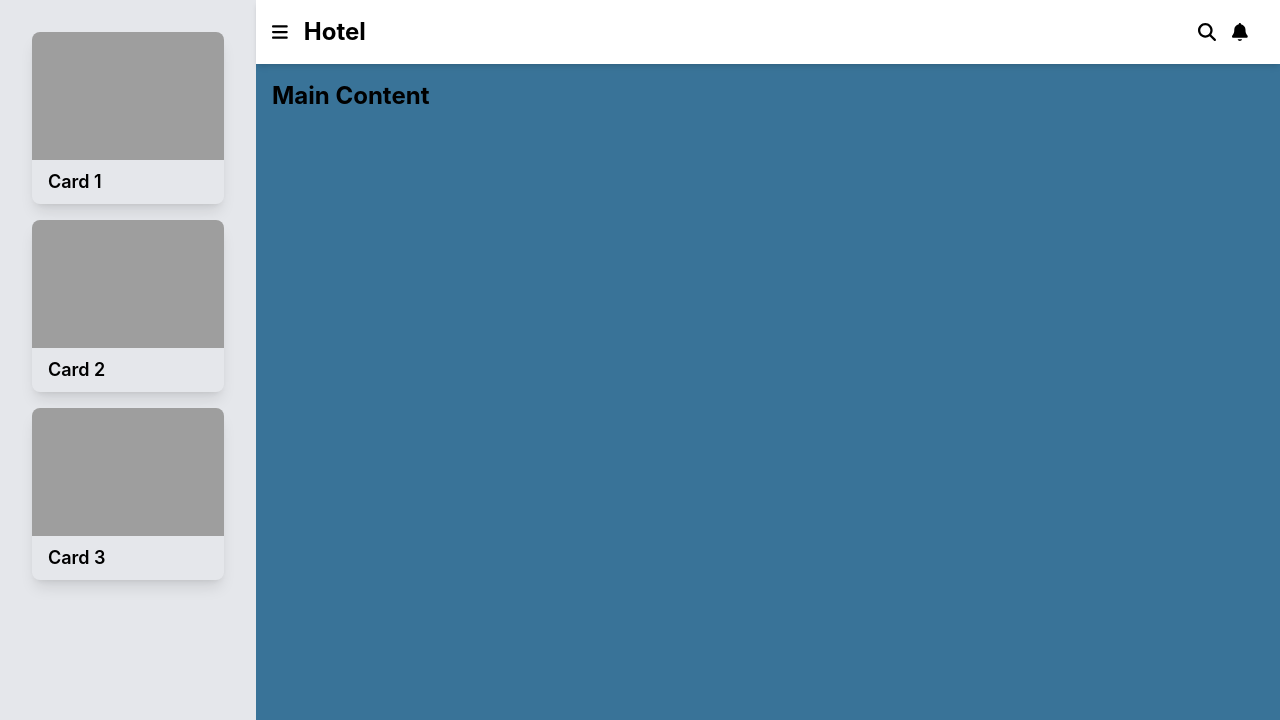
Repository: musabismael/Hotel
Page: /
The author's editor kept a copy of each file at every save. The page is drawn from the files as they stood at one save, then again after a run of saves.
The browser window is 1280 px wide. The pictures show the whole page.
Pictures or frames that could not be fetched are drawn as grey boxes. The project was rebuilt for these pictures with package versions that can differ from the ones it lists, and the page was loaded fresh each time. Also part of the build but not shown: vite.config.js.

Above is the page before, as saved 2023-09-30 14:16:22.

### index.html
<!doctype html>
<html lang="en">
  <head>
    <meta charset="UTF-8" />
    <link rel="icon" type="image/svg+xml" href="/vite.svg" />
    <meta name="viewport" content="width=device-width, initial-scale=1.0" />
    <title>Hotel</title>
  </head>
  <body>
    <div id="root"></div>
    <script type="module" src="/src/main.jsx"></script>
  </body>
</html>

### src/App.jsx
import Header from "./component/Header";
import Sidebar from "./component/Sidebar";

function App() {
  return (
    <div className="flex">
      <Sidebar />

      <div className="flex-1">
        <Header />
        {/* Your main content goes here */}
        <main className="p-4">
          <h2 className="text-2xl font-bold">Main Content</h2>
          {/* Add your content here */}
        </main>
      </div>
    </div>
  );
}

export default App;

### src/index.css
@tailwind base;
@tailwind components;
@tailwind utilities;

:root {
  font-family: Inter, system-ui, Avenir, Helvetica, Arial, sans-serif;
  line-height: 1.5;
  font-weight: 400;

  background-color:#397398;

  font-synthesis: none;
  text-rendering: optimizeLegibility;
  -webkit-font-smoothing: antialiased;
  -moz-osx-font-smoothing: grayscale;
  -webkit-text-size-adjust: 100%;
}

### src/component/Header.jsx
import { FontAwesomeIcon } from "@fortawesome/react-fontawesome";
import { faBars, faBell, faSearch } from "@fortawesome/free-solid-svg-icons";

function Header() {
  return (
    <header className="bg-white shadow-md p-4 flex justify-between items-center">
      <div className="flex items-center">
        <FontAwesomeIcon
          icon={faBars}
          className="text-black mr-4 text-lg color"
        />
        <h1 className="text-2xl font-bold text-black">Hotel</h1>
      </div>
      <div className="flex items-center">
        <FontAwesomeIcon icon={faSearch} className="text-black text-lg mr-4" />
        <FontAwesomeIcon icon={faBell} className="text-black text-lg mr-4" />

        {/* Add other icons or elements on the right side here */}
      </div>
    </header>
  );
}

export default Header;

### src/component/Sidebar.jsx
import Card from "./Card";

const Sidebar = () => {

  const cardData = [
    {
      id: 1,
      title: "Card 1",
      imageUrl: "https://placeimg.com/300/200/nature",
    },
    {
      id: 2,
      title: "Card 2",
      imageUrl: "https://placeimg.com/300/200/animals",
    },
    {
      id: 3,
      title: "Card 3",
      imageUrl: "https://placeimg.com/300/200/architecture",
    },

  ];
  const handleCardClick = (id) => {
    console.log(`Card with ID ${id} clicked`);
  };
  return (
    <aside className="bg-gray-200 w-1/5 min-h-screen p-4">
      <nav>

        {cardData.map((card) => (
          <Card
            key={card.id}
            imageUrl={card.imageUrl}
            title={card.title}
            onClick={() => handleCardClick(card.id)}
          />
        ))}
      </nav>
    </aside>
  );
};

export default Sidebar;

### src/component/Card.jsx
function Card({ imageUrl, title, onClick }) {
  return (
    <div
    className="max-w-sm  max-w-xs mx-4 my-4 cursor-pointer shadow-lg rounded-lg overflow-hidden hover:shadow-xl transition duration-300 transform hover:scale-105"
    onClick={onClick}
    >
      <img src={imageUrl} alt={title} className="w-full h-32 object-cover" />
      <div className="px-4 py-2">
        <h3 className="text-lg font-semibold">{title}</h3>
        {/* Add more content or description here if needed */}
      </div>
    </div>
  );
}

export default Card;

Loaded but not shown: src/main.jsx (common file); tailwind.config.js (common file)

After the next 2 saves:
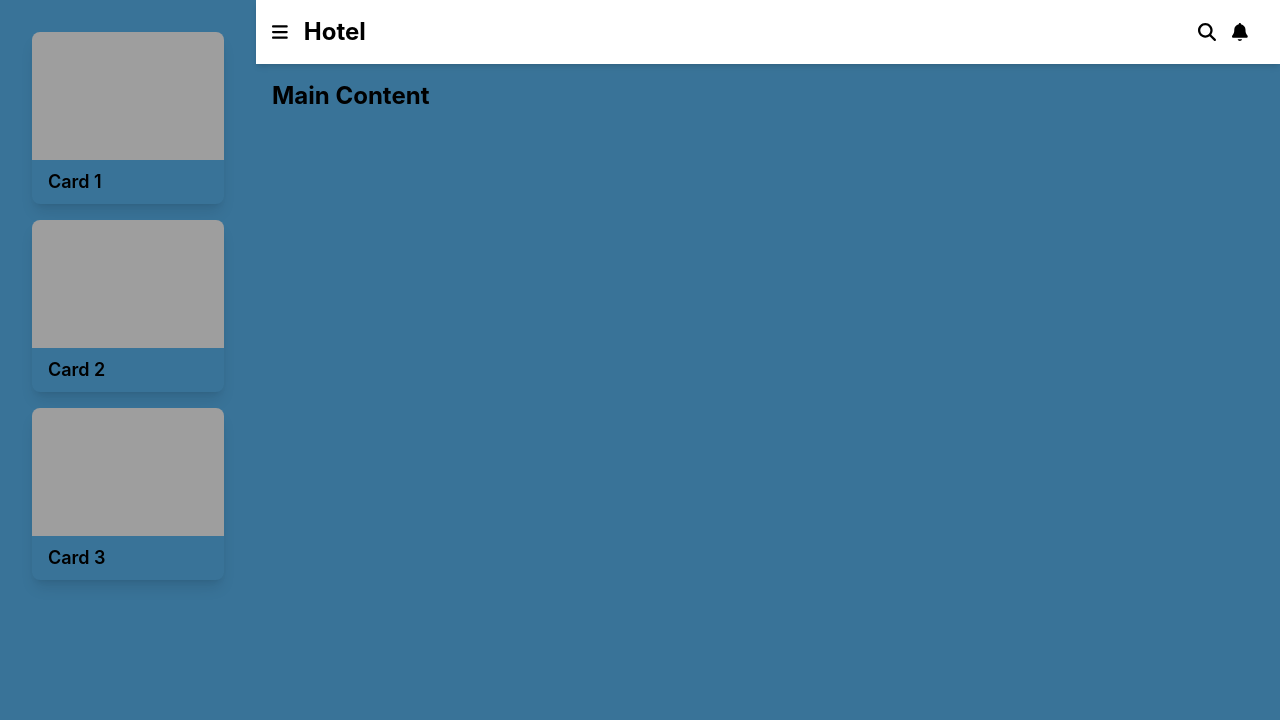
The 2 saves are shown as one change because they came seconds apart.
The last was saved 2 min 14 s later.
--- a/src/component/Sidebar.jsx
+++ b/src/component/Sidebar.jsx
@@ -24,7 +24,7 @@ const Sidebar = () => {
     console.log(`Card with ID ${id} clicked`);
   };
   return (
-    <aside className="bg-gray-200 w-1/5 min-h-screen p-4">
+    <aside className="#3f7b9f    w-1/5 min-h-screen p-4">
       <nav>
 
         {cardData.map((card) => (
